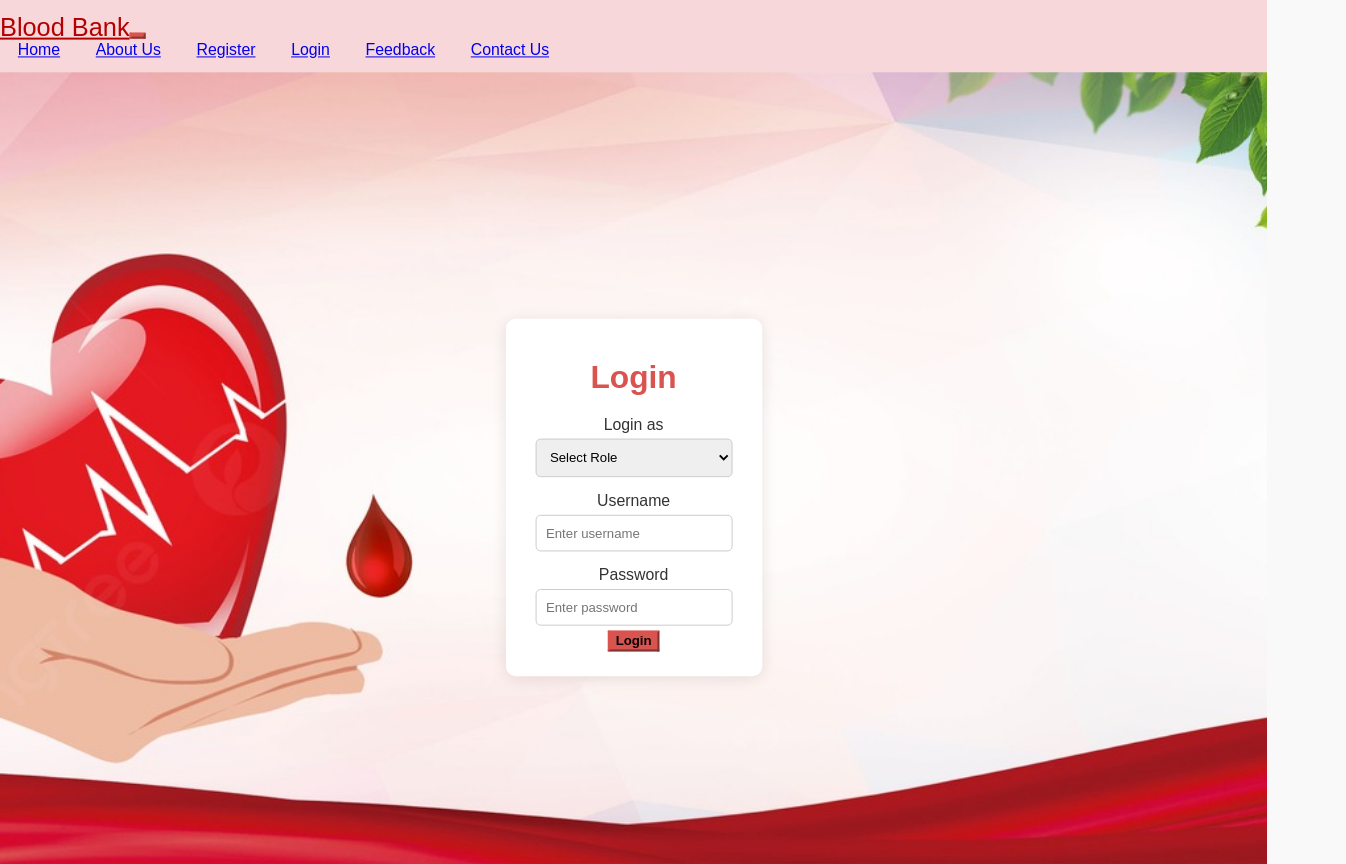
Repository: krismehta02/MINI-PROJECT-MAY
Page: /login (app in blood-donation-frontend/)
These files come from the project's save history. The page is drawn as it stood at one moment and after the next save; the edit follows.
The browser window is 1280 px wide. The page is 1280 px wide, then 1360 px, so the pictures cover 1360 px, including what lies to the right of the window. The pictures show the whole page, at 99% of full size.
The project was rebuilt for these pictures with package versions that can differ from the ones it lists, and the page was loaded fresh each time. Also part of the build but not shown: blood-donation-frontend/vite.config.js, blood-donation-frontend/src/pages/Home.jsx, blood-donation-frontend/src/pages/AboutUs.jsx, blood-donation-frontend/src/pages/Register.jsx, blood-donation-frontend/src/pages/Feedback.jsx, blood-donation-frontend/src/pages/ContactUs.jsx, blood-donation-frontend/src/pages/PatientDashboard.jsx, blood-donation-frontend/src/pages/DonorDashboard.jsx.

Above is the page before, as saved 2025-05-12 08:48:31.

### blood-donation-frontend/src/index.css
body {
  font-family: Arial, sans-serif;
  background-color: #f9f9f9;
  margin: 0;
  padding: 0;
}

.container {
  background-color: #ffffff;
  padding: 20px 30px;
  border-radius: 10px;
  box-shadow: 0 2px 15px rgba(0,0,0,0.1);
  margin-bottom: 40px;
  margin-top: 100px; /* Prevent navbar overlap */
  max-width: 900px; /* Set max width for page content */
  margin-left: auto;
  margin-right: auto;
  text-align: center;
}

.container h1 {
  color: #d9534f;
  margin-bottom: 20px;
}

.container textarea {
  resize: none;
}

button {
  background-color: #d9534f;
  border-color: #d9534f;
}

button:hover {
  background-color: #c9302c;
  border-color: #ac2925;
}

.container label {
  font-weight: bold;
}

.container textarea {
  margin-bottom: 20px;
  border-radius: 5px;
  padding: 10px;
}

### blood-donation-frontend/src/App.jsx
import React from 'react';
import { BrowserRouter as Router, Routes, Route } from 'react-router-dom';
import AppNavbar from './components/Navbar';
import Home from './pages/Home';
import AboutUs from './pages/AboutUs';
import Register from './pages/Register';
import Login from './pages/Login';
import Feedback from './pages/Feedback';
import ContactUs from './pages/ContactUs';
import PatientDashboard from './pages/PatientDashboard';
import DonorDashboard from './pages/DonorDashboard'; // New import

function App() {
  return (
    <Router>
      <AppNavbar />
      <Routes>
        <Route path="/" element={<Home />} />
        <Route path="/about" element={<AboutUs />} />
        <Route path="/register" element={<Register />} />
        <Route path="/login" element={<Login />} />
        <Route path="/feedback" element={<Feedback />} />
        <Route path="/contact" element={<ContactUs />} />
        {/* Protected Dashboard Routes */}
        <Route path="/patient-dashboard" element={<PatientDashboard />} />
        <Route path="/donor-dashboard" element={<DonorDashboard />} /> {/* New route */}
      </Routes>
    </Router>
  );
}

export default App;

### blood-donation-frontend/src/components/Navbar.jsx
import { Container, Nav, Navbar } from "react-bootstrap";
import { Link } from "react-router-dom";

function AppNavbar() {
  return (
    <Navbar
      expand="lg"
      sticky="top"
      style={{
        backgroundColor: "#f8d7da",
        paddingTop: "0.8rem",
        paddingBottom: "0.8rem",
        boxShadow: "0 2px 10px rgba(0, 0, 0, 0.1)",
      }}
    >
      <Container fluid="md">
        <Navbar.Brand
          as={Link}
          to="/"
          className="fw-bold"
          style={{ fontSize: "1.6rem", color: "#b30000" }}
        >
          Blood Bank
        </Navbar.Brand>

        <Navbar.Toggle aria-controls="navbar-nav" className="border-0" />
        <Navbar.Collapse id="navbar-nav" className="justify-content-end">
          <Nav className="gap-2">
            {[
              { to: "/", label: "Home" },
              { to: "/about", label: "About Us" },
              { to: "/register", label: "Register" },
              { to: "/login", label: "Login" },
              { to: "/feedback", label: "Feedback" },
              { to: "/contact", label: "Contact Us" },
            ].map((item, index) => (
              <Nav.Link
                key={index}
                as={Link}
                to={item.to}
                className="btn btn-outline-danger"
                style={{
                  borderRadius: "30px",
                  padding: "6px 18px",
                  fontWeight: 500,
                }}
              >
                {item.label}
              </Nav.Link>
            ))}
          </Nav>
        </Navbar.Collapse>
      </Container>
    </Navbar>
  );
}

export default AppNavbar;

### blood-donation-frontend/src/pages/Login.jsx
import React, { useState } from 'react';
import { Form, Button } from 'react-bootstrap';
import { useNavigate } from 'react-router-dom';
import axios from 'axios';

function Login() {
  const [role, setRole] = useState('');
  const [username, setUsername] = useState('');
  const [password, setPassword] = useState('');
  const navigate = useNavigate();

  // Handle input changes
  const handleRoleChange = (e) => setRole(e.target.value);
  const handleUsernameChange = (e) => setUsername(e.target.value);
  const handlePasswordChange = (e) => setPassword(e.target.value);

  // Handle form submission
  const handleSubmit = async (e) => {
    e.preventDefault();

    // Basic validation
    if (username.trim() === "" || password.trim() === "" || role.trim() === "") {
      alert("Username, password, and role cannot be empty.");
      return;
    }

    try {
      // Send login request to the backend
      const response = await axios.post('http://localhost:5000/login', {
        role,
        username,
        password,
      });

      // If login is successful, store the token and redirect
      const { message, token } = response.data;
      alert(message);

      // Store the token in localStorage for persistence
      localStorage.setItem('authToken', token);
      console.log(token);

      // Redirect to the appropriate dashboard based on role
      if (role === 'patient') {
        navigate('/patient-dashboard');
      } else if (role === 'donor') {
        navigate('/donor-dashboard');
      }

    } catch (error) {
      // Handle login errors
      if (error.response) {
        alert(error.response.data.message || 'Login failed');
      } else {
        alert('Network error. Please try again later.');
      }

      // Reset the form fields after a failed login attempt
      setUsername('');
      setPassword('');
    }
  };

  return ( <div
      className="login-page"
      style={{
        backgroundImage: `url("/Videos/login_bg.jpg")`,
        backgroundSize: 'cover',
        backgroundPosition: 'center',
        backgroundRepeat: 'no-repeat',
        minHeight: '100vh',
        display: 'flex',
        alignItems: 'center',
        justifyContent: 'center',
        padding: '40px'
      }}
      >
  <div className="container mt-5 login-form-container">
      <h1>Login</h1>
      <Form onSubmit={handleSubmit}>
        {/* User Role Dropdown */}
        <Form.Group controlId="formRole">
          <Form.Label>Login as</Form.Label>
          <Form.Control as="select" value={role} onChange={handleRoleChange} required>
            <option value="">Select Role</option>
            <option value="patient">Patient</option>
            <option value="donor">Donor</option>
          </Form.Control>
        </Form.Group>

        {/* Username Field */}
        <Form.Group controlId="formUsername" className="mt-3">
          <Form.Label>Username</Form.Label>
          <Form.Control
            type="text"
            placeholder="Enter username"
            value={username}
            onChange={handleUsernameChange}
            required
          />
        </Form.Group>

        {/* Password Field */}
        <Form.Group controlId="formPassword" className="mt-3">
          <Form.Label>Password</Form.Label>
          <Form.Control
            type="password"
            placeholder="Enter password"
            value={password}
            onChange={handlePasswordChange}
            required
          />
        </Form.Group>

        {/* Submit Button */}
        <Button variant="primary" type="submit" className="mt-3">
          Login
        </Button>
      </Form>
    </div>
    </div>
  );
}

export default Login;

### blood-donation-frontend/src/Home.css
/* Hero Video Banner */
.video-container {
  position: relative;
 height: 65vh;
  overflow: hidden;
  margin-top: 70px;

}
.video-container video.hero-video {
  width: 100%;
  height:100%;
  object-fit: cover;
  top:0;
  left:0;
}


.welcome-card {
  background-color: rgba(255, 255, 255, 0.95);
  border-radius: 20px;
  box-shadow: 0 8px 24px rgba(0, 0, 0, 0.1);
  transition: transform 0.3s;
}
.welcome-card:hover {
  transform: scale(1.01);
}


.did-you-know-card {
  background-color: rgba(255, 255, 255, 0.92);
  border-radius: 15px;
  box-shadow: 0 4px 20px rgba(0, 0, 0, 0.1);
  margin-top: 2rem;
}
.did-you-know-card ul {
  list-style: none;
  padding-left: 0;
}
.did-you-know-card li {
  font-weight: 500;
  font-size: 1.05rem;
  color: #333;
  margin-bottom: 0.75rem;
}

/* Video Wrapper */
.video-wrapper {
  position: relative;
  width: 100%;
  border-radius: 12px;
  overflow: hidden;
  box-shadow: 0 4px 16px rgba(0, 0, 0, 0.1);
}

/* Responsive */
@media (max-width: 768px) {
  .video-container {
    height: 40vh;
  }
  .welcome-card,
  .did-you-know-card {
    padding: 1rem;
    margin: 1rem 0;
  }
  h1,
  h2 {
    font-size: 1.6rem;
  }
  p,
  li {
    font-size: 0.95rem;
  }


}

### blood-donation-frontend/src/Register.css
.register-background {
     background-image: url('/Videos/registeration_bg.jpg');
    background-size: cover;
    background-position: center;
    min-height: 80vh;
    padding-top: 10px;
  }

/*.register-container {
  max-width: 500px;
  margin: 50px auto;
  padding: 60px;
  background-color: #F48FB1;
  border: 2px solid #b80000;
  box-shadow: 0 0 10px rgba(0, 0, 0, 0.1);
  }*/

  .register-container {
    background-color: rgba(255, 255, 255, 0.2);
    backdrop-filter: blur(8px);
    border: 1px solid rgba(255, 255, 255, 0.3);
    box-shadow: 0 0 10px rgba(0, 0, 0, 0.3);
    padding: 30px;
    max-width: 500px;
    margin: 10px auto;
    border-radius: 10px;
    color: #0c0c0c;
  }


  .register-container h1 {
    text-align: center;
    color: #333;
    margin-bottom: 5px;
  }

  .register-container .form-label {
    display: block;
    margin-bottom: 10px;  /* This adds spacing between the label and the input */
    font-weight: 500;
  }

  .register-container .form-control {
    width: 100%;           /* fill the container */
    max-width: 500px;      /* optional: limit width */
    padding: 10px;
    border-radius: 5px;
  }

.form-group,
.mt-3 {
  margin-bottom: 5px;
}

/* Flex row container for horizontal layout */
.form-row {
    display: flex;
    gap: 20px;
    justify-content: space-between;
    margin-bottom: 10px;
  }

  /* Make both inputs in a row take equal space */
  .form-row .form-group {
    flex: 1;
  }


  form .form-label {
    font-weight: 500;
  }

  form .form-control {
    border-radius: 5px;
    padding: 10px;
  }

  button {
    font-weight: bold;
  }

### blood-donation-frontend/src/Feedback.css
.feedback-container {
    background-color: rgba(80, 40, 173, 0.2);
    backdrop-filter: blur(8px);
    border: 1px solid rgba(255, 255, 255, 0.3);
    box-shadow: 0 0 10px rgba(0, 0, 0, 0.3);
    padding: 100px;
    max-width: 500px;
    margin: 100px auto;
    border-radius: 10px;
    color: #0c0c0c;
  }

  /*.feedback-container h1 {
    text-align: center;
    color: #b71c1c;
    margin-bottom: 20px;
  }*/

  label {
    display: block;
    margin-top: 15px;
    margin-bottom: 5px;
    font-weight: bold;
    color: #333;
  }

  input,
  select,
  textarea {
    width: 100%;
    padding: 10px;
    border-radius: 5px;
    border: 1px solid #ccc;
    box-sizing: border-box;
  }

  /*button {
    margin-top: 20px;
    width: 100%;
    padding: 12px;
    background-color: #d32f2f;
    color: #fff;
    font-weight: bold;
    border: none;
    border-radius: 5px;
    cursor: pointer;
  }*/

  button:hover {
    background-color: #b71c1c;
  }

Loaded but not shown: blood-donation-frontend/index.html (common file); blood-donation-frontend/src/main.jsx (common file)

After the next save:
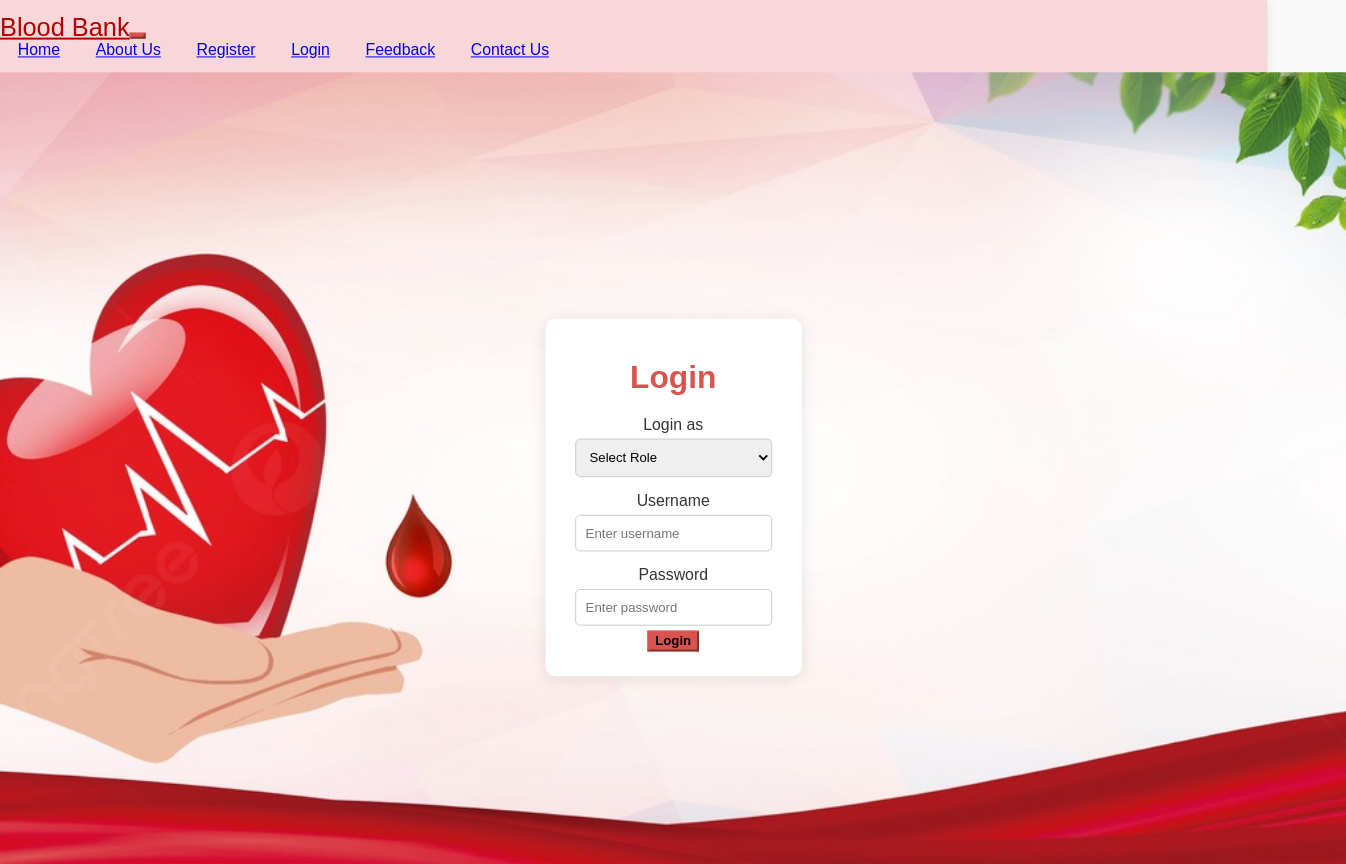
Saved 77 s later.
--- a/blood-donation-frontend/src/pages/Login.jsx
+++ b/blood-donation-frontend/src/pages/Login.jsx
@@ -63,16 +63,18 @@ function Login() {
 
   return ( <div
       className="login-page"
-      style={{
+       style={{
         backgroundImage: `url("/Videos/login_bg.jpg")`,
         backgroundSize: 'cover',
         backgroundPosition: 'center',
         backgroundRepeat: 'no-repeat',
         minHeight: '100vh',
+        width: '100vw',  // Full width for body
         display: 'flex',
         alignItems: 'center',
         justifyContent: 'center',
-        padding: '40px'
+        padding: '40px',
+        margin: 0  // Remove any body margin
       }}
       >
   <div className="container mt-5 login-form-container">
